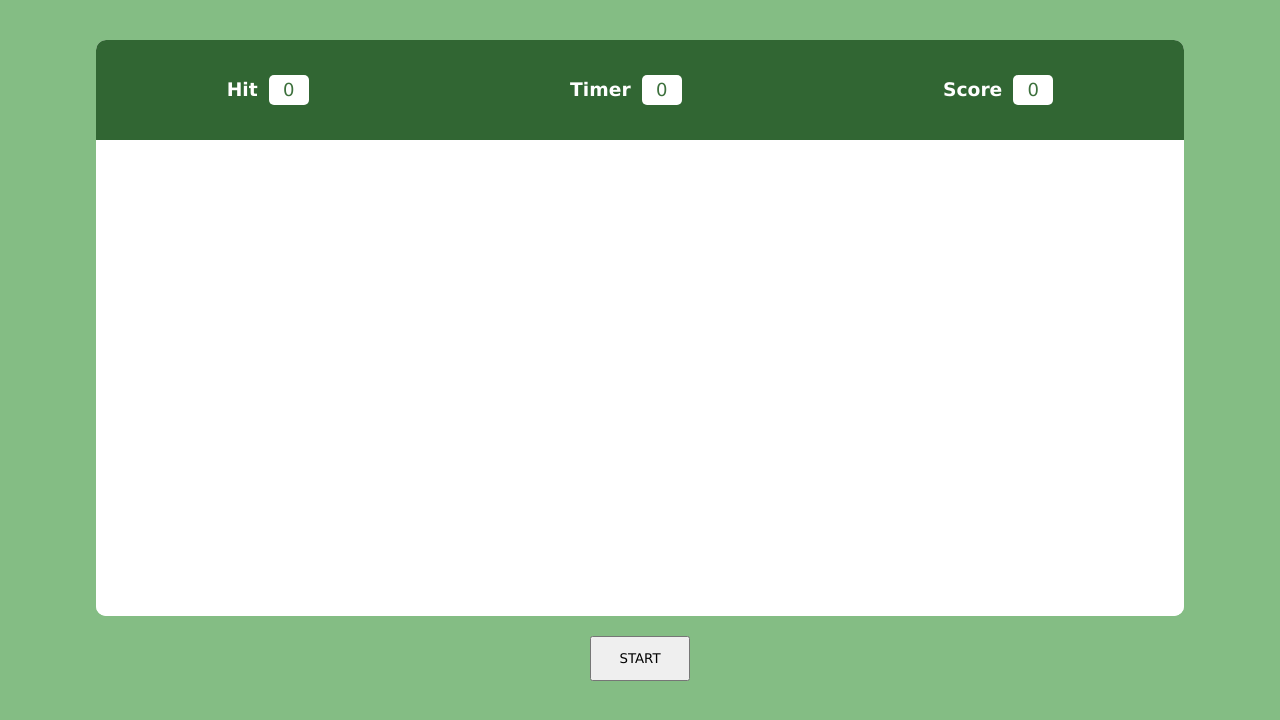
Repository: ketansharma22/BubbleGame
Page: index.html
These files come from the project's save history. The page is drawn as it stood at one moment and after a run of saves; the edit follows.
The browser window is 1280 px wide. The pictures show the whole page.

Above is the page before, as saved 2024-02-19 00:13:34.

After the next 2 saves:
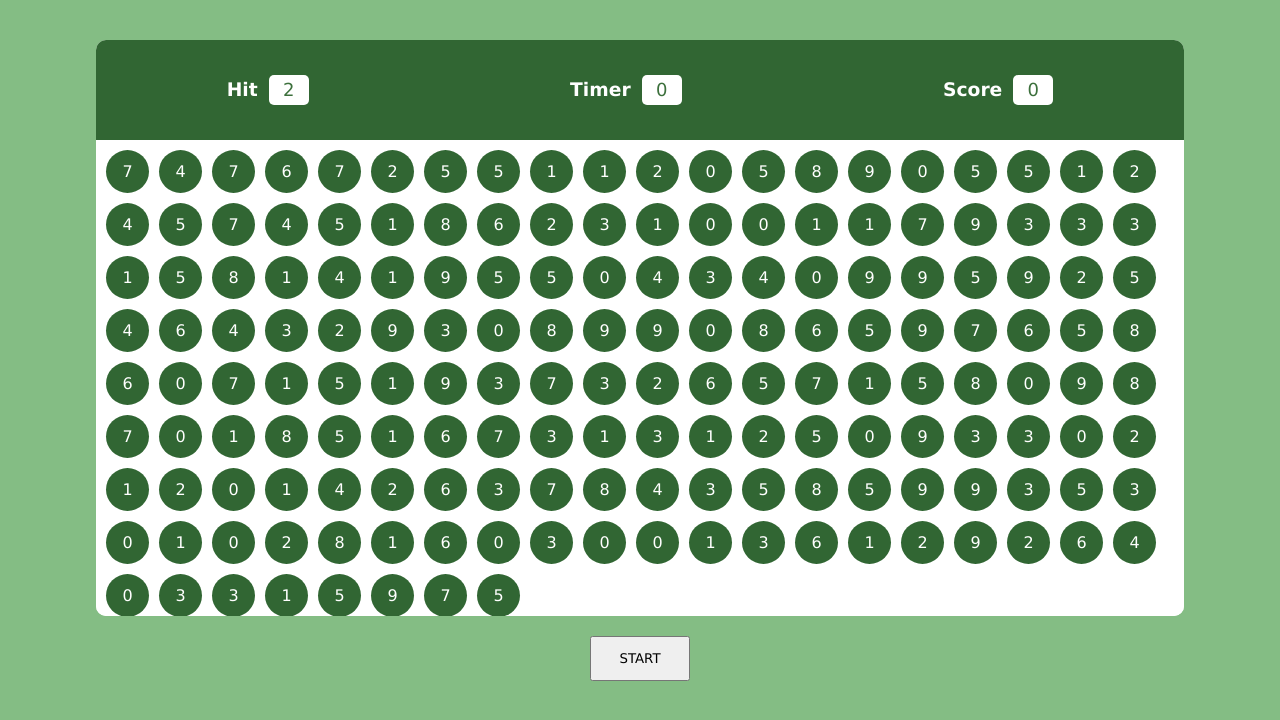
The 2 saves are shown as one change because they came seconds apart.
The last was saved 107 s later.
--- a/scripts.js
+++ b/scripts.js
@@ -50,7 +50,7 @@
 })
 
 document.querySelector("#button").addEventListener('click',function(){
+    timerStart();
+})
     generateBubble();
     hitGenerate();
-    timerStart();
-})

After the 2 saves that followed:
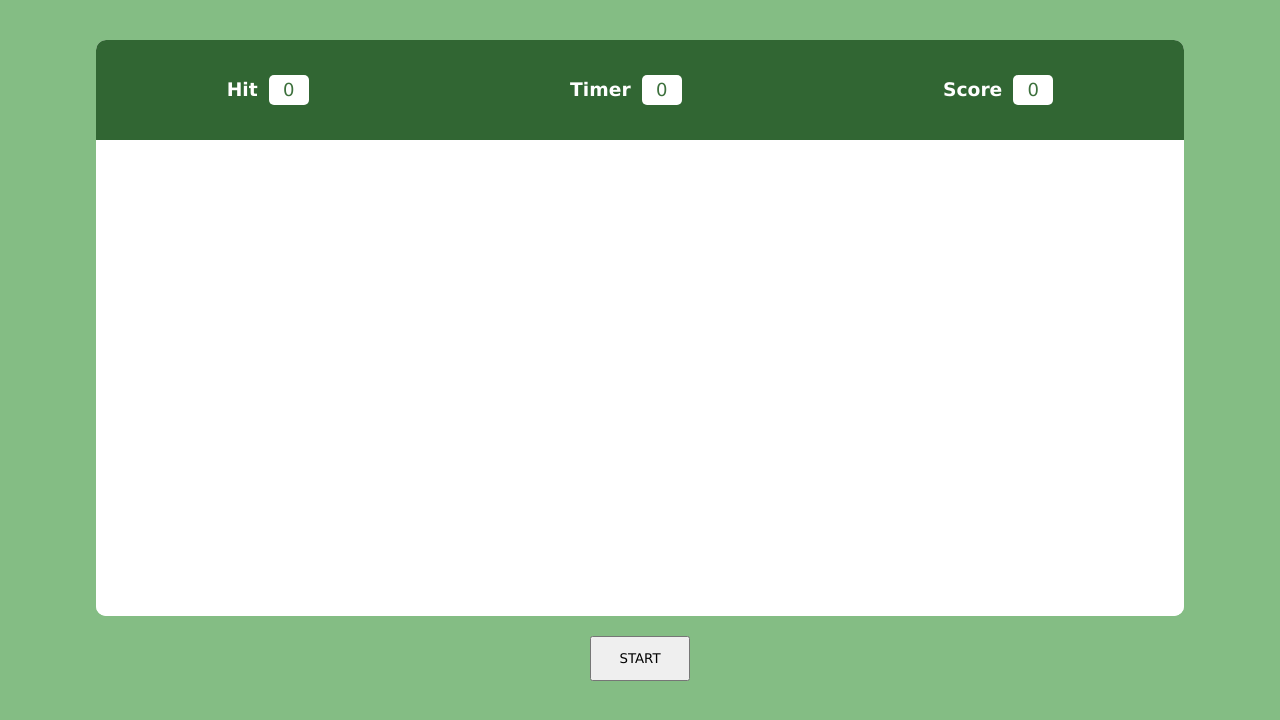
The 2 saves are shown as one change because they came seconds apart.
The last was saved 6 s later.
--- a/scripts.js
+++ b/scripts.js
@@ -51,6 +51,7 @@
 
 document.querySelector("#button").addEventListener('click',function(){
     timerStart();
-})
+
     generateBubble();
     hitGenerate();
+})
